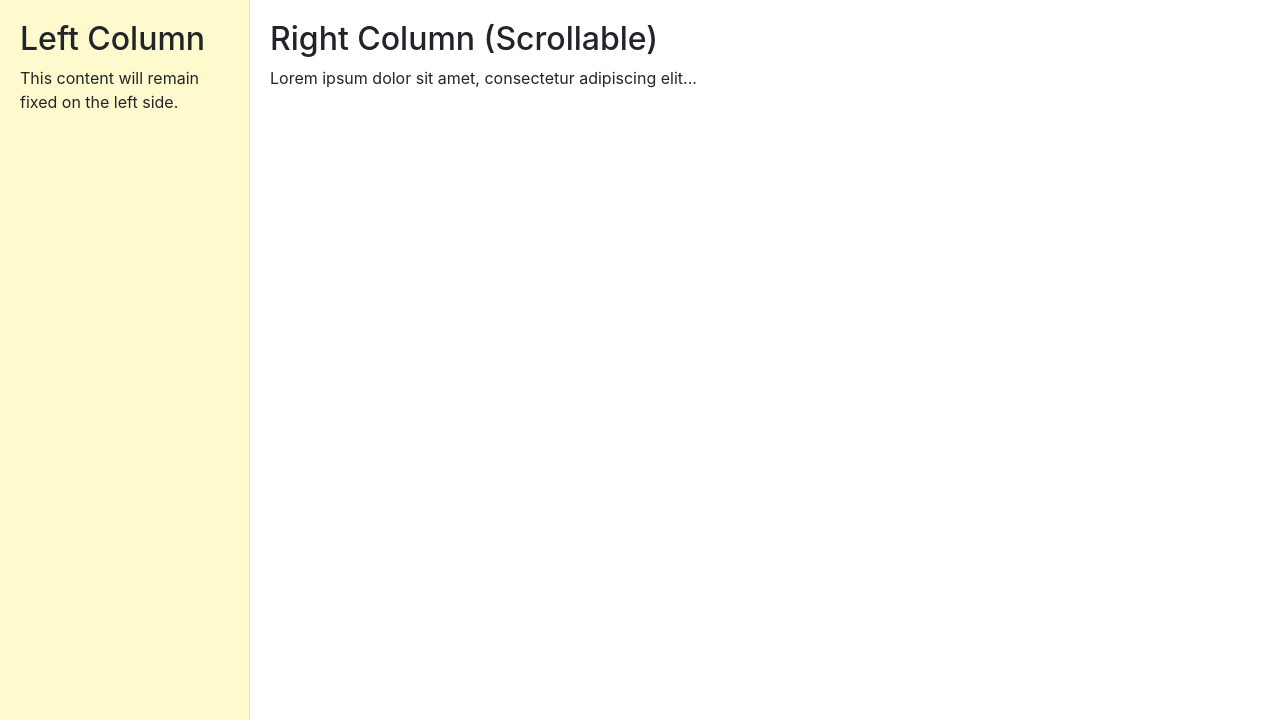
Repository: oliviahsia/FinalProject
Page: src/main/webapp/WEB-INF/main.html
These files come from the project's save history. The page is drawn as it stood at one moment and after the next save; the edit follows.
The browser window is 1280 px wide. The pictures show the whole page.
Some web libraries are served in a nearby version.

Above is the page before, as saved 2024-03-08 12:00:46.

After the next save:
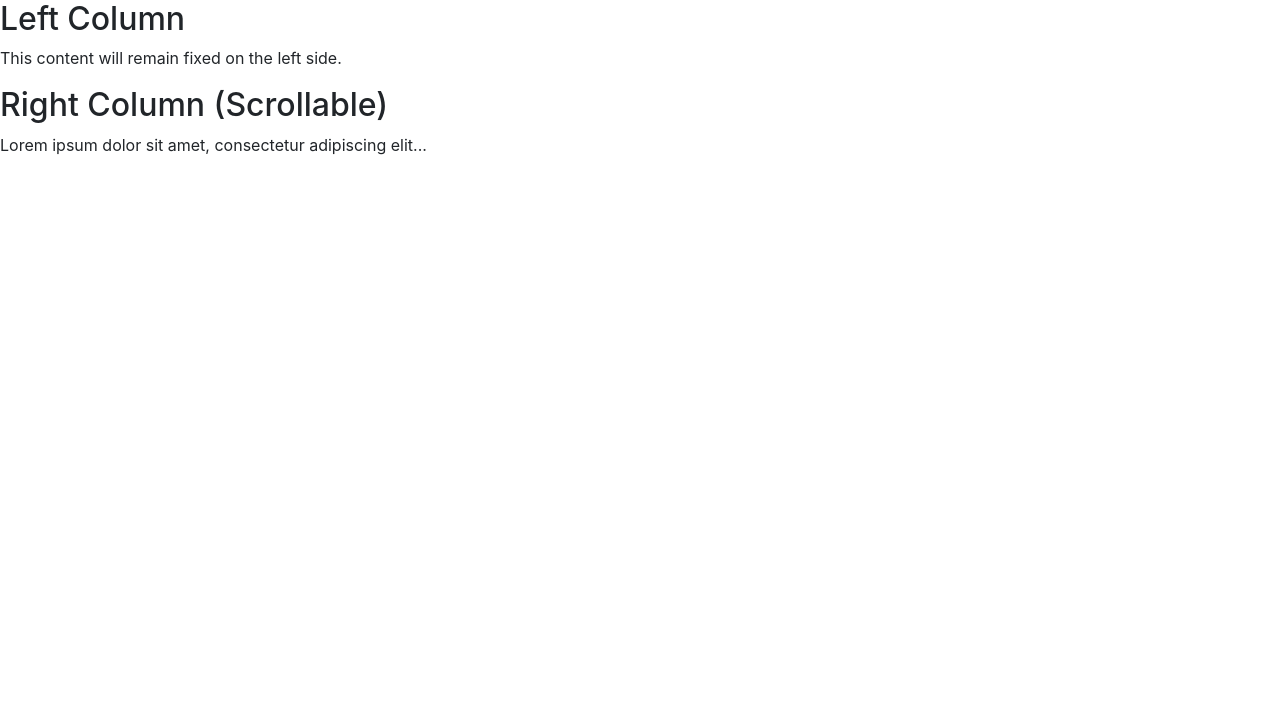
Not found: src/main/webapp/WEB-INF/style.css
Saved 107 s later.
--- a/src/main/webapp/WEB-INF/main.html
+++ b/src/main/webapp/WEB-INF/main.html
@@ -5,47 +5,10 @@
   <meta charset="UTF-8">
   <meta name="viewport" content="width=device-width, initial-scale=1.0">
   <title>Olivia's Portfolio</title>
-
   <!-- Bootstrap CSS -->
   <link rel="stylesheet" href="https://stackpath.bootstrapcdn.com/bootstrap/4.5.2/css/bootstrap.min.css">
-  <style>
-
-    /* Custom styles */
-    body,
-    html {
-      height: 100%;
-      margin: 0;
-      /* Remove default margin */
-    }
-
-    .fixed-left {
-      position: fixed;
-      top: 0;
-      left: 0;
-      width: 250px;
-      /* Set the width of the left column */
-      height: 100%;
-      background-color: #FFFACD;
-      /* Goose yellow for the left column */
-      border-right: 1px solid #dee2e6;
-      /* Optional border */
-      overflow-x: hidden;
-      /* Prevent horizontal scrollbar */
-      padding: 20px;
-      /* Optional padding */
-    }
-
-    .scrollable-right {
-      margin-left: 250px;
-      /* Same as the width of the left column */
-      padding: 20px;
-      height: 100%;
-      overflow-y: auto;
-      /* Enable vertical scrollbar if content overflows */
-      background-color: #FFFFFF;
-      /* White for the right column */
-    }
-  </style>
+  <!-- External CSS File -->
+  <link rel="stylesheet" href="style.css">
 </head>
 
 <body>
@@ -60,8 +23,6 @@
     <p>Lorem ipsum dolor sit amet, consectetur adipiscing elit...</p>
     <!-- Add more content as needed to enable scrolling -->
   </div>
-
-
   <!-- Bootstrap JS and dependencies (Optional) -->
   <script src="https://code.jquery.com/jquery-3.5.1.slim.min.js"></script>
   <script src="https://cdn.jsdelivr.net/npm/@popperjs/core@2.5.4/dist/umd/popper.min.js"></script>

After the save that followed:
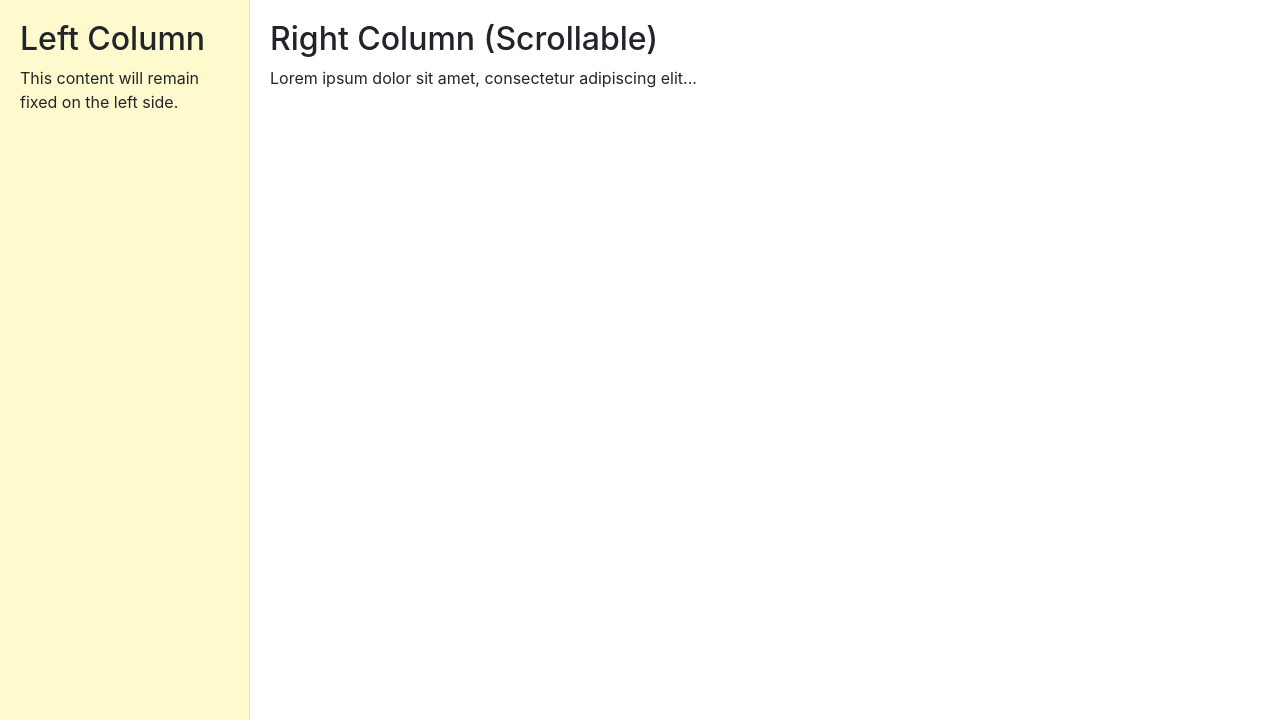
Saved 26 s later.
--- a/src/main/webapp/WEB-INF/main.html
+++ b/src/main/webapp/WEB-INF/main.html
@@ -8,7 +8,7 @@
   <!-- Bootstrap CSS -->
   <link rel="stylesheet" href="https://stackpath.bootstrapcdn.com/bootstrap/4.5.2/css/bootstrap.min.css">
   <!-- External CSS File -->
-  <link rel="stylesheet" href="style.css">
+  <link rel="stylesheet" href="main.css">
 </head>
 
 <body>
